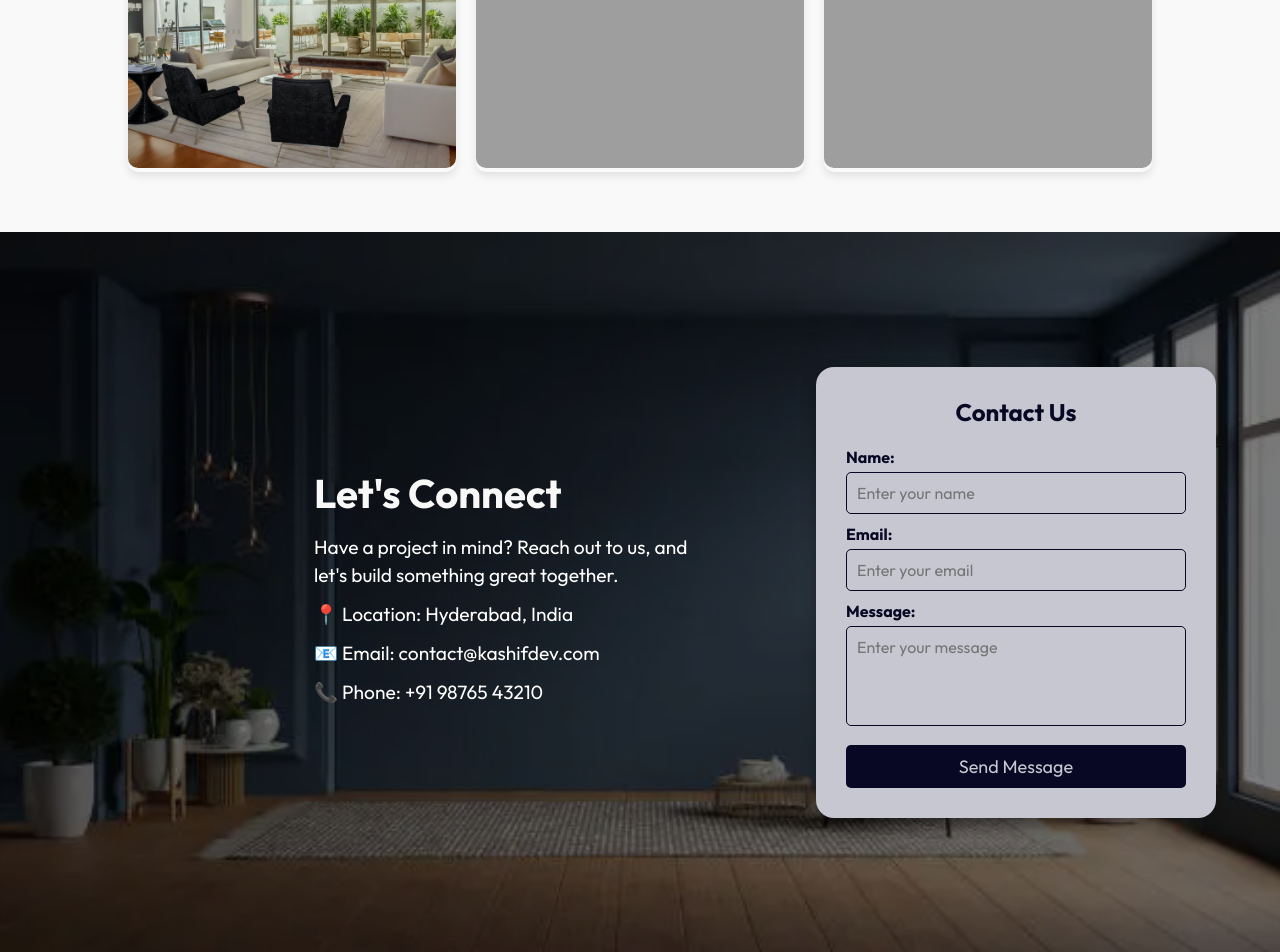
Repository: TechProjectss/Portfolio
Page: / (app in Merajweb/)
These files come from the project's save history. The page is drawn as it stood at one moment and after the next save; the edit follows.
The browser window is 1280 px wide. The pictures show the part of the page from y = 2747 to 3699 px (the page is 3699 px tall).
Pictures or frames that could not be fetched are drawn as grey boxes. The project was rebuilt for these pictures with package versions that can differ from the ones it lists, and the page was loaded fresh each time. Also part of the build but not shown: Merajweb/vite.config.js.

Above is the page before, as saved 2025-02-26 12:39:18.

### Merajweb/index.html
<!doctype html>
<html lang="en">
  <head>
    <meta charset="UTF-8" />
    <link rel="icon" type="image/svg+xml" href="/vite.svg" />
    <meta name="viewport" content="width=device-width, initial-scale=1.0" />
    <title>MerajWeb</title>
  </head>
  <body>
    <div id="root"></div>
    <script type="module" src="/src/main.jsx"></script>
  </body>
</html>

### Merajweb/src/index.css
@import url('https://fonts.googleapis.com/css2?family=Outfit:wght@100..900&display=swap');

*{
    margin: 0;
    padding: 0;
    box-sizing: border-box;
    font-family: "Outfit", serif;
}

body{
    background-color: #f5f5f5;
}

a{
    text-decoration: none;
    color: inherit;
    line-height: 1;
    cursor: pointer;
}

.container{
    padding-left: 5%;
    padding-right: 5%;
}

### Merajweb/src/App.jsx
import React from "react";
import Navbar from "./components/Navbar/Navbar";
import Home from "./components/Home/Home";
import About from "./components/About/About";
import Programs from "./components/Programs/Programs";
import Projects from "./components/Projects/Projects";
import Contact from "./components/Contact/Contact";

const App = () => {
  return (
    <>
      <Navbar />
      <div id="home"><Home /></div>
      <div id="about"><About /></div>
      <div id="programs"><Programs /></div>
      <div id="projects"><Projects /></div>
      <div id="contact"><Contact /></div>
    </>
  );
};

export default App;

### Merajweb/src/components/Navbar/Navbar.jsx
import React, { useState, useEffect } from "react";
import "./Navbar.css";
import logosk from "../../assets/logosk1.png";

const Navbar = () => {
    const [menuOpen, setMenuOpen] = useState(false);
    const [visible, setVisible] = useState(true);

    useEffect(() => {
        let lastScrollY = window.scrollY;

        const handleScroll = () => {
            setVisible(window.scrollY < lastScrollY || window.scrollY < 50);
            lastScrollY = window.scrollY;
        };

        window.addEventListener("scroll", handleScroll);
        return () => window.removeEventListener("scroll", handleScroll);
    }, []);

    return (
        <nav className={`navbar ${visible ? "visible" : "hidden"}`}>
            <div className="logo-container">
                <img src={logosk} alt="logo" className="logo" />
            </div>
            <ul className={menuOpen ? "nav-items open" : "nav-items"}>
                <li><a href="#home">Home</a></li>
                <li><a href="#about">About</a></li>
                <li><a href="#programs">Programs</a></li>
                <li><a href="#projects">Projects</a></li>
                <li><a href="#contact">Contact Us</a></li>
            </ul>
            <div className="menu-icon" onClick={() => setMenuOpen(!menuOpen)}>☰</div>
        </nav>
    );
};

export default Navbar;

### Merajweb/src/components/Home/Home.jsx
import React from 'react';
import './Home.css';

const Home = () => {
    return (
        <div className='hero container' style={{ minHeight: "100vh" }}>
            <div className="hero-text">
                <h1>Bringing Ideas to Reality with Design & Code</h1>
                <h2>Mohammed Kashif | React Native & Full-Stack Developer</h2>
                <p>
                    I specialize in building scalable mobile apps, seamless UI/UX, and API integrations.
                    Looking for a passionate developer? Let’s build something amazing together!
                </p>
                <div className="hero-buttons">
                    <button className="btn primary">View My Work</button>
                    <button className="btn secondary">Hire Me</button>
                </div>
            </div>
        </div>
    );
};

export default Home;

### Merajweb/src/components/Programs/Programs.jsx
import React from "react";
import "./Programs.css";
import img1 from "../../assets/hom1.jpg"; // Replace with actual image path
import img2 from "../../assets/int7.jpg"; // Replace with actual image path
import img3 from "../../assets/int2.jpg"; // Replace with actual image path
import img4 from "../../assets/int5.jpg"; // Replace with actual image path
import img5 from "../../assets/int4.jpg"; // Replace with actual image path

const Programs = () => {
    return (
        <section className="programs-section">
            <div className="program-card">
                <img src={img1} alt="Interior Design" className="program-image" />
                <h3 className="program-title">Innovation Inside Out</h3>
                <p className="program-description">
                    NA Architects are unparalleled in Interior Design solutions. It’s not just mind-blowing, it’s mind-bending.
                </p>
            </div>

            <div className="program-card">
                <img src={img2} alt="Skyscraper Design" className="program-image" />
                <h3 className="program-title">Towering Testimonies</h3>
                <p className="program-description">
                    Creating the skyline has been a passion at NA Architects. Buildings that are talked about and clicked across the world.
                </p>
            </div>

            <div className="program-card">
                <img src={img3} alt="Garden Design" className="program-image" />
                <h3 className="program-title">The Circle of Life</h3>
                <p className="program-description">
                    At NA Architects, we have the best of minds who excel in designing both Residencies and Commercial Spaces.
                </p>
            </div>

            <div className="program-card">
                <img src={img4} alt="Eco-Friendly Design" className="program-image" />
                <h3 className="program-title">Sustainable Living</h3>
                <p className="program-description">
                    We focus on eco-friendly and sustainable architecture, creating energy-efficient and green spaces for future generations.
                </p>
            </div>

            <div className="program-card">
                <img src={img5} alt="Smart Homes" className="program-image" />
                <h3 className="program-title">Smart Spaces</h3>
                <p className="program-description">
                    Integrating technology with architecture, we design smart homes and workspaces that enhance convenience and security.
                </p>
            </div>
        </section>
    );
};

export default Programs;

### Merajweb/src/components/Projects/Projects.jsx
import React from "react";
import "./Projects.css";
import project1 from "../../assets/int1.jpg";
import project2 from "../../assets/int2.jpg";
import project3 from "../../assets/int3.jpg";
import project4 from "../../assets/int4.jpg";
import project5 from "../../assets/int5.jpg";
import project6 from "../../assets/int6.jpg";

const projects = [
    { id: 1, title: "Luxury Villa", image: project1, description: "A premium luxury villa designed with modern aesthetics." },
    { id: 2, title: "Corporate Tower", image: project2, description: "A state-of-the-art corporate skyscraper in the city skyline." },
    { id: 3, title: "Eco-Friendly Home", image: project3, description: "An energy-efficient home designed for sustainability." },
    { id: 4, title: "Smart Office", image: project4, description: "An innovative workspace with smart technology integration." },
    { id: 5, title: "Resort & Spa", image: project5, description: "A relaxing resort with a nature-inspired architectural theme." },
    { id: 6, title: "Urban Apartments", image: project6, description: "A modern apartment complex with a minimalist touch." }
];

const Projects = () => {
    return (
        <section className="projects-section">
            <h2 className="section-title">Our Client Projects</h2>
            <div className="projects-grid">
                {projects.map((project) => (
                    <div key={project.id} className="project-card">
                        <img src={project.image} alt={project.title} className="project-image" />
                        <div className="project-overlay">
                            <h3 className="project-title">{project.title}</h3>
                            <p className="project-description">{project.description}</p>
                        </div>
                    </div>
                ))}
            </div>
        </section>
    );
};

export default Projects;

### Merajweb/src/components/Contact/Contact.jsx
import React from "react";
import "./Contact.css";

const Contact = () => {
    return (
        <div className="contact-page">
            <div className="overlay"></div>

            {/* Left Side Content */}
            <div className="contact-info">
                <h1>Let's Connect</h1>
                <p>Have a project in mind? Reach out to us, and let's build something great together.</p>
                <p>📍 Location: Hyderabad, India</p>
                <p>📧 Email: contact@kashifdev.com</p>
                <p>📞 Phone: +91 98765 43210</p>
            </div>

            {/* Contact Form */}
            <div className="contact-form">
                <h2>Contact Us</h2>
                <form>
                    <label>Name:</label>
                    <input type="text" placeholder="Enter your name" required />

                    <label>Email:</label>
                    <input type="email" placeholder="Enter your email" required />

                    <label>Message:</label>
                    <textarea placeholder="Enter your message" required></textarea>

                    <button type="submit">Send Message</button>
                </form>
            </div>
        </div>
    );
};

export default Contact;

### Merajweb/src/components/Navbar/Navbar.css
/* Navbar Container */
.navbar {
    width: 100%;
    color: #fff;
    background-color: #080824;
    padding: 12px 30px;
    position: fixed;
    top: 0;
    left: 0;
    display: flex;
    align-items: center;
    justify-content: space-between;
    z-index: 1000;
    height: 60px;
    transition: transform 0.3s ease-in-out;
}

html {
    scroll-behavior: smooth;
}

/* Hide Navbar when Scrolling Up */
.navbar.hidden {
    transform: translateY(-100%);
}

/* Show Navbar when Scrolling Down */
.navbar.visible {
    transform: translateY(0);
}

/* Logo Styling */
.logo-container {
    display: flex;
    align-items: center;
}

.logo {
    width: 40px;
    height: 40px;
    border-radius: 50%;
    object-fit: cover;
    border: 2px solid white;
    cursor: pointer;
}

/* Navigation Links */
.nav-items {
    display: flex;
    list-style: none;
}

.nav-items li {
    margin: 0 15px;
}

.nav-items a {
    text-decoration: none;
    color: #fff;
    font-size: 16px;
    font-weight: 500;
    transition: color 0.3s ease-in-out;
}

.nav-items a:hover {
    color: #8ca5a5;
}

/* Mobile Menu Icon */
.menu-icon {
    display: none;
    font-size: 28px;
    cursor: pointer;
    color: white;
}

/* Responsive Design */
@media (max-width: 768px) {
    .menu-icon {
        display: block;
    }

    .nav-items {
        display: none;
        flex-direction: column;
        background: rgba(0, 0, 0, 0.9);
        position: absolute;
        top: 60px;
        right: 0;
        width: 100%;
        text-align: center;
        padding: 20px;
    }

    .nav-items.open {
        display: flex;
    }

    .nav-items li {
        margin: 15px 0;
    }
}

### Merajweb/src/components/Home/Home.css
.hero {
    height: 100vh; /* Ensures it covers the full viewport height */
    background-size: cover;
    background-color: #c7c7d1;
    background-position: center;
    color: #080824;
    display: flex;
    align-items: center;
    justify-content: center;
    text-align: center;
    padding: 20px;
    position: relative;

}


/* Animations */
@keyframes fadeIn {
    from { opacity: 0; transform: translateY(20px); }
    to { opacity: 1; transform: translateY(0); }
}

.hero-text {
    max-width: 800px;
    padding-top: 50px; /* Adjust this to push content lower */
}

.hero-text h1 {
    font-size: 48px;
    font-weight: 700;
    text-shadow: 2px 2px 10px rgba(0, 0, 0, 0.5);
}

.hero-text h2 {
    font-size: 28px;
    font-weight: 500;
    margin-top: 10px;
}

.hero-text p {
    max-width: 700px;
    margin: 15px auto 30px;
    line-height: 1.6;
    font-size: 18px;
}

/* Button Styles */
.hero-buttons {
    display: flex;
    gap: 15px;
    justify-content: center;
}

.btn {
    padding: 12px 24px;
    font-size: 18px;
    font-weight: 600;
    border: none;
    cursor: pointer;
    border-radius: 5px;
    transition: all 0.3s ease;
}

.primary {
    background: transparent;
    color: #080824;
    border: 2px solid #080824;
}

.primary:hover {
    background: #080824;
    color: #fff;
    transform: scale(1.05);
}

.secondary {
    background: transparent;
    color: #080824;
    border: 2px solid #080824;
}

.secondary:hover {
    background: #080824;
    color: #fff;
    transform: scale(1.05);
}

### Merajweb/src/components/Programs/Programs.css
/* Programs Section */
.programs-section {
    display: flex;
    flex-wrap: wrap;
    justify-content: center;
    align-items: center;
    gap: 30px;
    padding: 50px 10%;
    background-color: #fff
}

/* Program Card */
.program-card {
    text-align: center;
    width: 300px;
    background: #fff;
    box-shadow: 0 4px 8px rgba(0, 0, 0, 0.1);
    border-radius: 10px;
    overflow: hidden;
    transition: transform 0.3s ease-in-out;
}

.program-card:hover {
    transform: translateY(-5px);
}

/* Program Image */
.program-image {
    width: 100%;
    height: 230px;
    object-fit: cover;
    border-radius: 10px 10px 0 0;
}

/* Program Title */
.program-title {
    color: #e57232;
    font-size: 20px;
    font-weight: bold;
    margin-top: 15px;
}

/* Program Description */
.program-description {
    color: #333;
    font-size: 14px;
    padding: 10px 15px;
}

/* Responsive Design */
@media (max-width: 1024px) {
    .programs-section {
        flex-direction: row;
        flex-wrap: wrap;
        justify-content: center;
        padding: 30px;
    }

    .program-card {
        width: 90%;
        max-width: 350px;
    }
}

@media (max-width: 768px) {
    .programs-section {
        flex-direction: column;
        align-items: center;
    }

    .program-card {
        width: 100%;
        max-width: 400px;
    }
}

### Merajweb/src/components/Projects/Projects.css
/* Projects Section */
.projects-section {
    padding: 60px 10%;
    background: #f9f9f9;
    text-align: center;
}

/* Section Title */
.section-title {
    font-size: 28px;
    font-weight: bold;
    color: #333;
    margin-bottom: 30px;
}

/* Projects Grid */
.projects-grid {
    display: grid;
    grid-template-columns: repeat(auto-fit, minmax(300px, 1fr));
    gap: 20px;
    justify-content: center;
}

/* Project Card */
.project-card {
    position: relative;
    overflow: hidden;
    border-radius: 10px;
    box-shadow: 0 4px 8px rgba(0, 0, 0, 0.1);
    transition: transform 0.3s ease-in-out;
}

.project-card:hover {
    transform: scale(1.05);
}

/* Project Image */
.project-image {
    width: 100%;
    height: 250px;
    object-fit: cover;
    border-radius: 10px;
}

/* Project Overlay */
.project-overlay {
    position: absolute;
    top: 0;
    left: 0;
    width: 100%;
    height: 100%;
    background: rgba(0, 0, 0, 0.7);
    color: white;
    display: flex;
    flex-direction: column;
    align-items: center;
    justify-content: center;
    opacity: 0;
    transition: opacity 0.3s ease-in-out;
    padding: 15px;
    text-align: center;
}

.project-card:hover .project-overlay {
    opacity: 1;
}

/* Project Title */
.project-title {
    font-size: 20px;
    font-weight: bold;
    margin-bottom: 8px;
}

/* Project Description */
.project-description {
    font-size: 14px;
}

/* Responsive Design */
@media (max-width: 768px) {
    .projects-section {
        padding: 40px 5%;
    }

    .projects-grid {
        grid-template-columns: repeat(auto-fit, minmax(250px, 1fr));
    }
}

### Merajweb/src/components/Contact/Contact.css
/* Contact Page - Full-Screen Background */
.contact-page {
    background: url("../../assets/wall1.webp") no-repeat center center/cover;
    height: 100vh;
    display: flex;
    align-items: center; /* Vertically center */
    justify-content: space-between; /* Space between content */
    padding: 5vw;
    position: relative;
}

/* Overlay for Readability */
.overlay {
    width: 100%;
    height: 100vh;
    background: rgba(0, 0, 0, 0.5);
    position: absolute;
    top: 0;
    left: 0;
}

/* Left Side Content */
.contact-info {
    max-width: 400px;
    margin-left: 250px;
    color: #fff;
    position: relative;
    z-index: 2;
}

.contact-info h1 {
    font-size: 2.5rem;
    margin-bottom: 15px;
    color: #f8f8f8;
}

.contact-info p {
    font-size: 1.2rem;
    margin-bottom: 10px;
    line-height: 1.5;
}

/* Contact Form */
.contact-form {
    width: 400px;
    background: #c7c7d1;
    padding: 30px;
    border-radius: 18px;
    position: relative;
    z-index: 2;
    box-shadow: 0px 5px 15px rgba(0, 0, 0, 0.3);
}

/* Title & Labels */
.contact-form h2 {
    text-align: center;
    margin-bottom: 20px;
    color: #080824;
}

.contact-form label {
    display: block;
    margin-top: 10px;
    font-weight: bold;
    color: #080824;
}

/* Input Fields */
.contact-form input,
.contact-form textarea {
    width: 100%;
    padding: 10px;
    margin-top: 5px;
    border: 1px solid #080824;
    border-radius: 5px;
    font-size: 16px;
    background: transparent;
    color: #080824;
}

.contact-form textarea {
    height: 100px;
    resize: none;
}

/* Submit Button */
.contact-form button {
    width: 100%;
    padding: 10px;
    background: #080824;
    color: #c7c7d1;
    border: none;
    border-radius: 5px;
    font-size: 18px;
    cursor: pointer;
    margin-top: 15px;
}

.contact-form button:hover {
    background: #003d80;
}

/* Responsive Design */
@media (max-width: 900px) {
    .contact-page {
        flex-direction: column;
        align-items: center;
        text-align: center;
    }

    .contact-info {
        margin-bottom: 20px;
    }

    .contact-form {
        width: 90%;
    }
}

Loaded but not shown: Merajweb/src/main.jsx (common file); Merajweb/src/components/About/About.jsx (117 lines, source omitted)

After the next save:
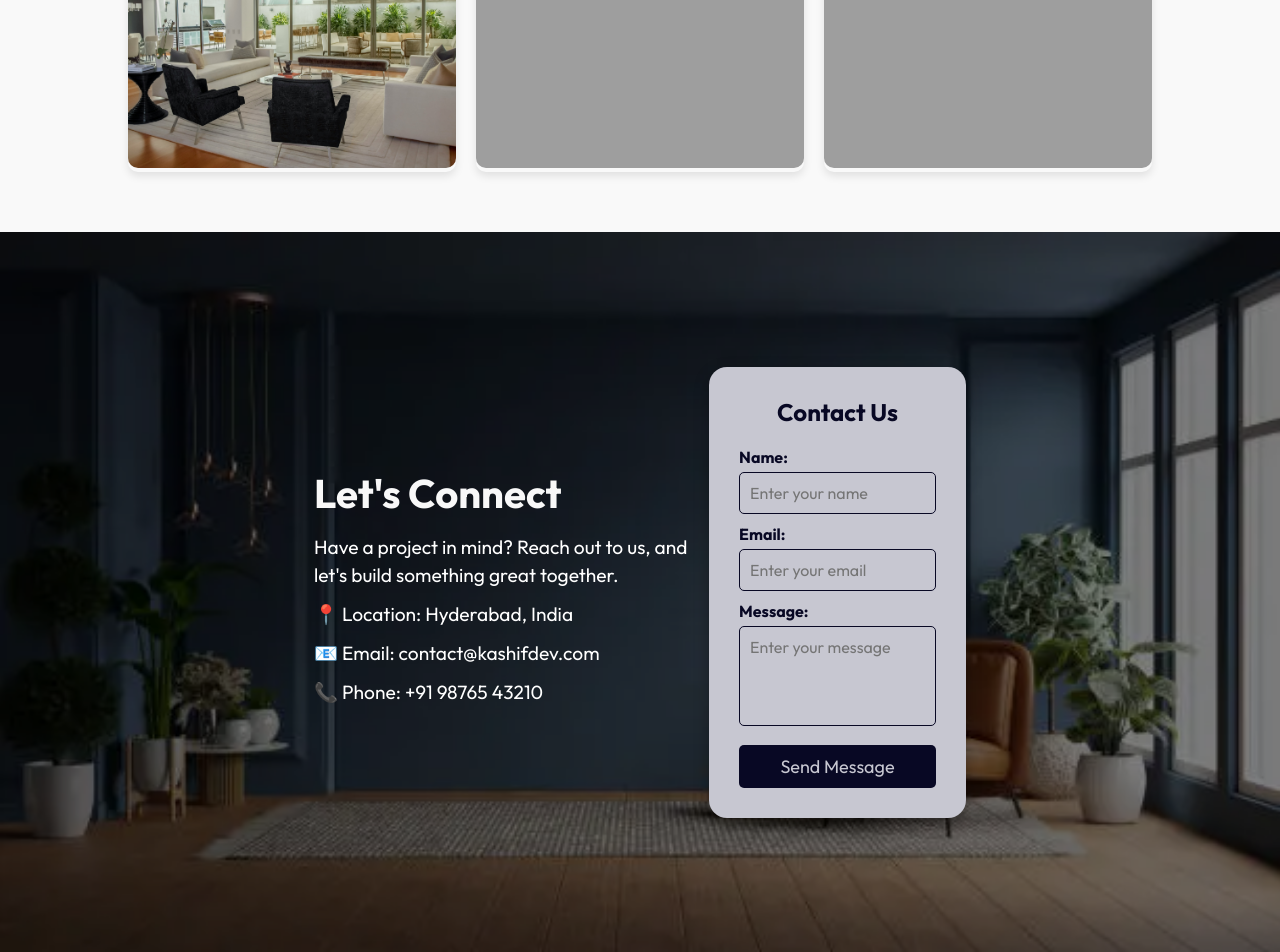
Saved 32 s later.
--- a/Merajweb/src/components/Contact/Contact.css
+++ b/Merajweb/src/components/Contact/Contact.css
@@ -48,6 +48,7 @@
     border-radius: 18px;
     position: relative;
     z-index: 2;
+    margin-right: 250px;
     box-shadow: 0px 5px 15px rgba(0, 0, 0, 0.3);
 }
 

After the save that followed:
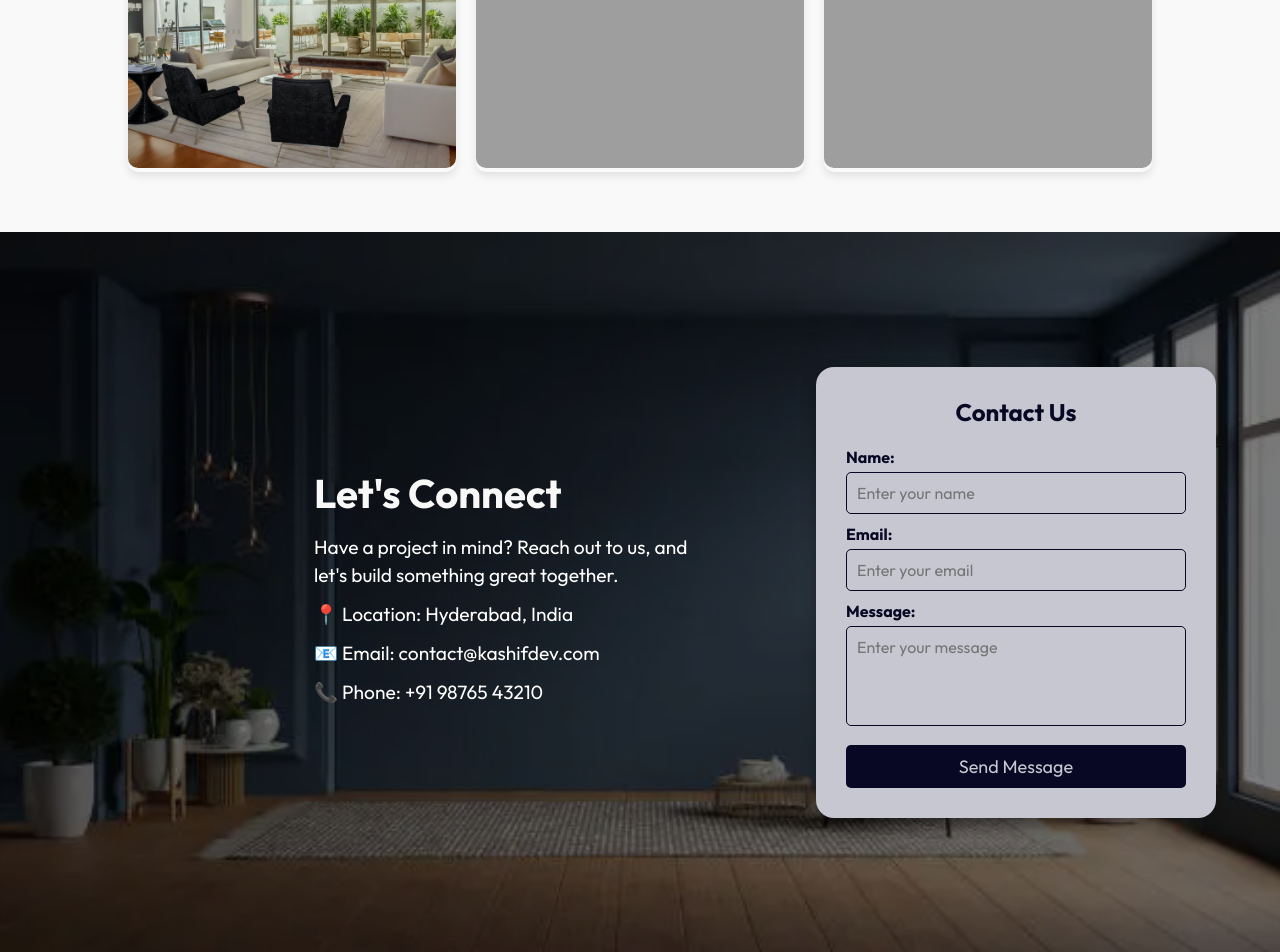
Saved 9 s later.
--- a/Merajweb/src/components/Contact/Contact.css
+++ b/Merajweb/src/components/Contact/Contact.css
@@ -48,7 +48,6 @@
     border-radius: 18px;
     position: relative;
     z-index: 2;
-    margin-right: 250px;
     box-shadow: 0px 5px 15px rgba(0, 0, 0, 0.3);
 }
 
